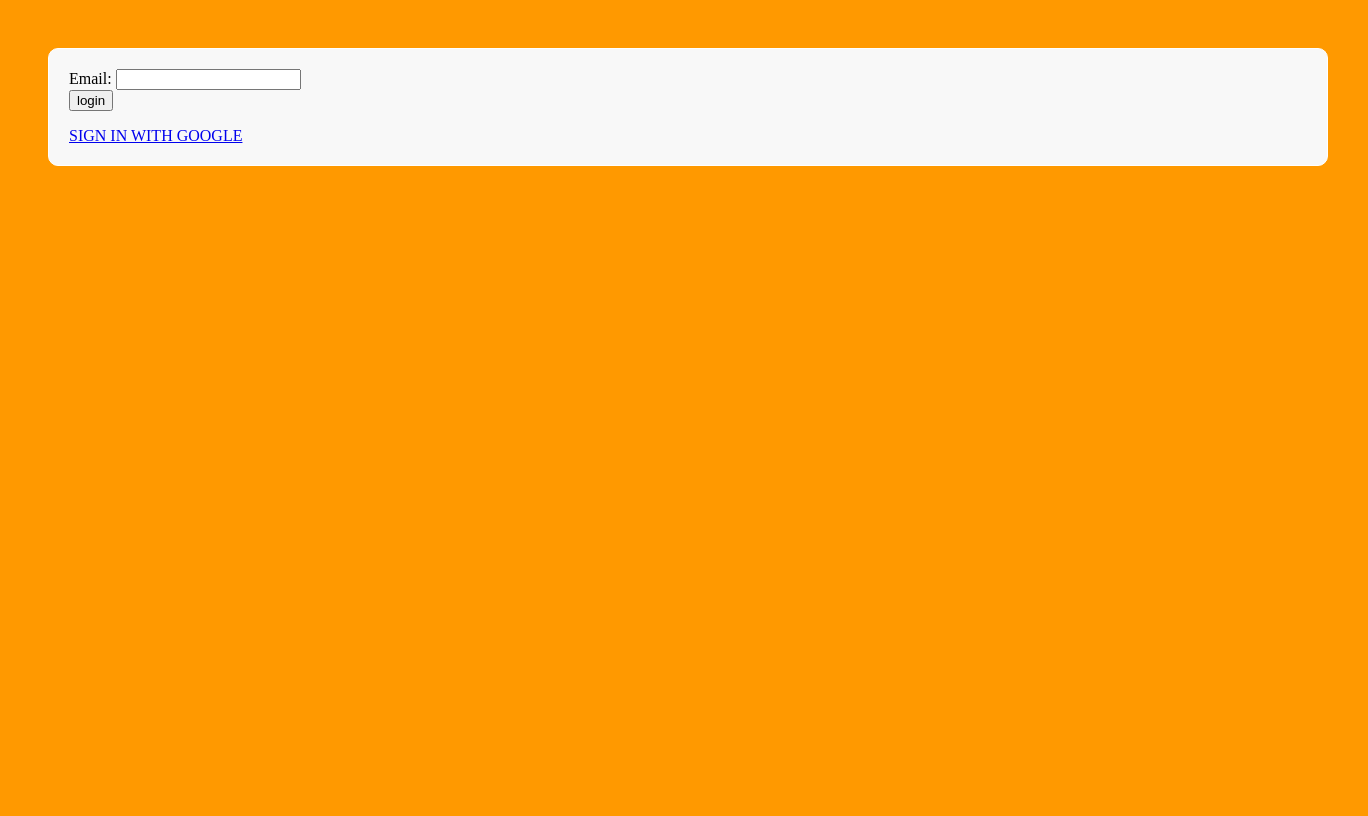
Repository: TharanyaM/Adaptavant--project
Page: Project/war/index.html
The author's editor kept a copy of each file at every save. The page is drawn from the files as they stood at one save, then again after the next save.
The browser window is 1280 px wide. The page is 1368 px wide, so the pictures cover 1368 px, including what lies to the right of the window. The pictures show the whole page.

Above is the page before, as saved 2015-10-23 20:52:09.

After the next save:
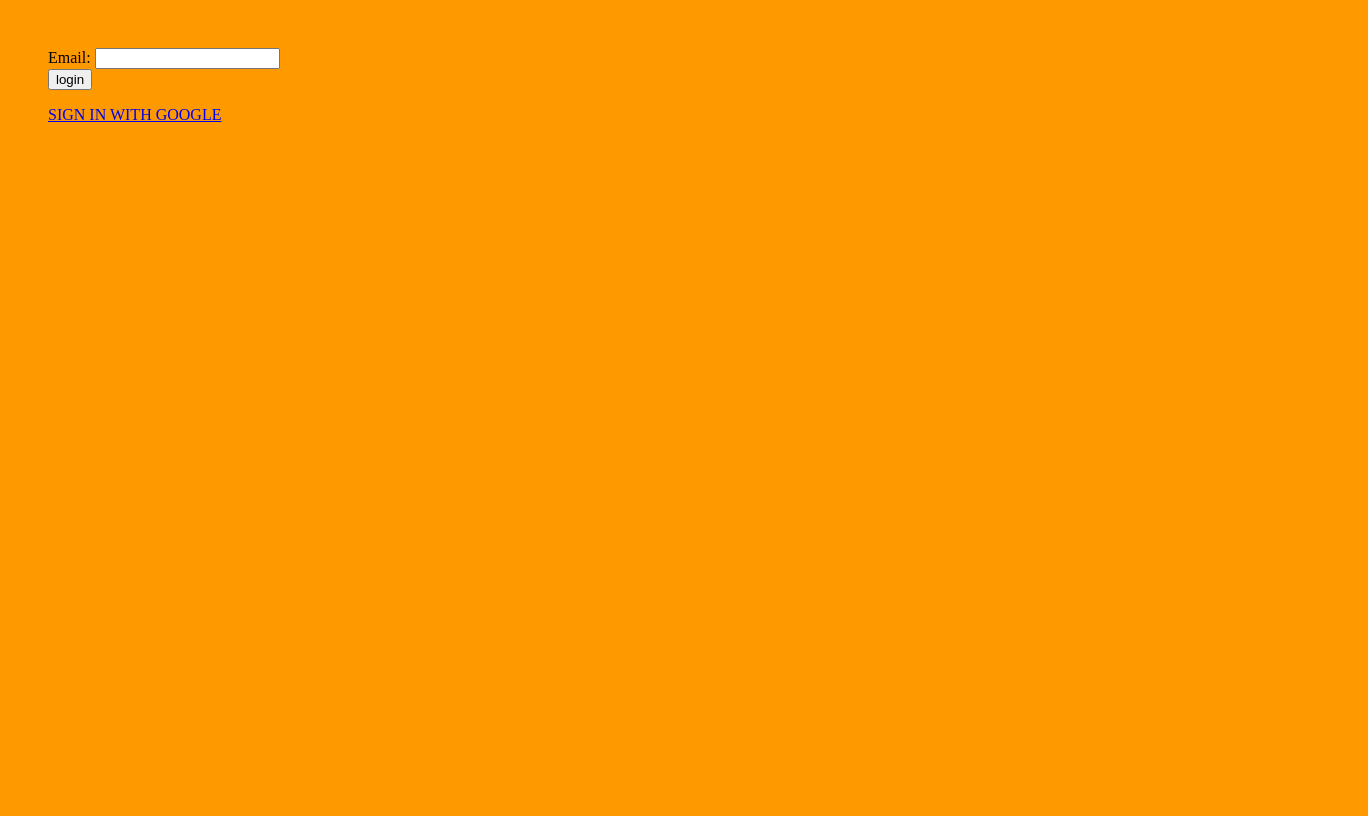
Saved 36 s later.
--- a/Project/war/style/style.css
+++ b/Project/war/style/style.css
@@ -7,7 +7,7 @@ body {
 	background-color:#F90;
 }
 
-div.main-container {
+div.login-container {
 	background-color:#f8f8f8;
 	border:thin #fff solid;
 	border-radius:10px;

After the save that followed:
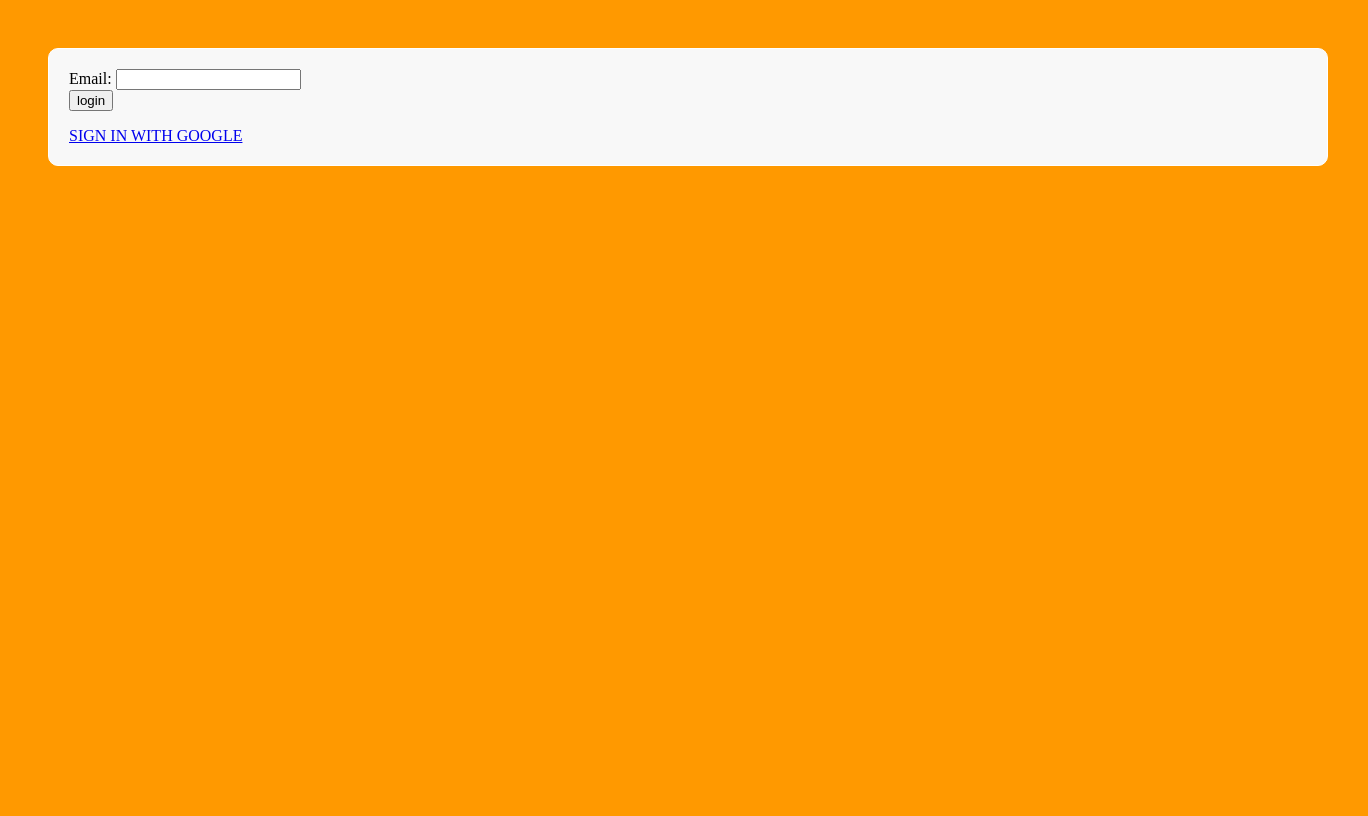
Saved 15 s later.
--- a/Project/war/index.html
+++ b/Project/war/index.html
@@ -15,7 +15,7 @@
 
   <body>
    <body>
-   <div class="main-container">
+   <div class="login-container">
 		<form action="pro" method="post" name="form1">
 			<label>Email:</label>
 			 <input name="email" id="email" type="text"> <br>
